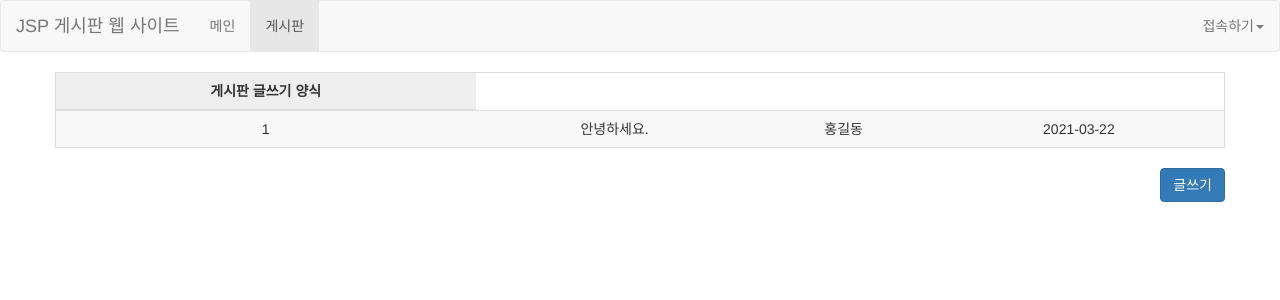
Repository: hseob04/jsp_bbs
Page: http://localhost/BBS/write.jsp
An editor plug-in stored every save of this project. The page is shown before and after the next save, followed by the edit.
The browser window is 1280 px wide. The pictures show the whole page.
Some web libraries are served in a nearby version. The page is served by Tomcat 9.

Above is the page before, as saved 2021-03-22 14:49:07.

After the next save:
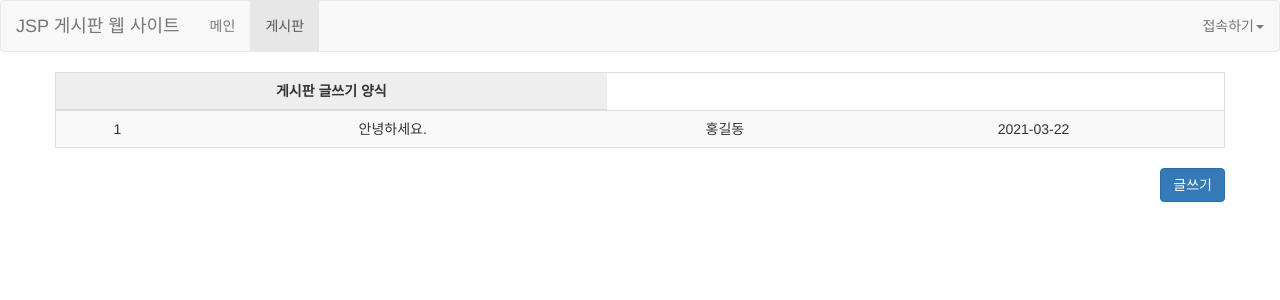
Saved 16 s later.
--- a/JSP/projects/BBS/src/main/webapp/write.jsp
+++ b/JSP/projects/BBS/src/main/webapp/write.jsp
@@ -78,7 +78,7 @@
 			<table class="table table-striped" style="text-align: center; border: 1px solid #dddddd">
 				<thead>
 					<tr>
-						<th style="background-color: #eeeeee; text-align: center;">게시판 글쓰기 양식</th>
+						<th colspan="2" style="background-color: #eeeeee; text-align: center;">게시판 글쓰기 양식</th>
 					</tr>
 				</thead>
 				<tbody>
